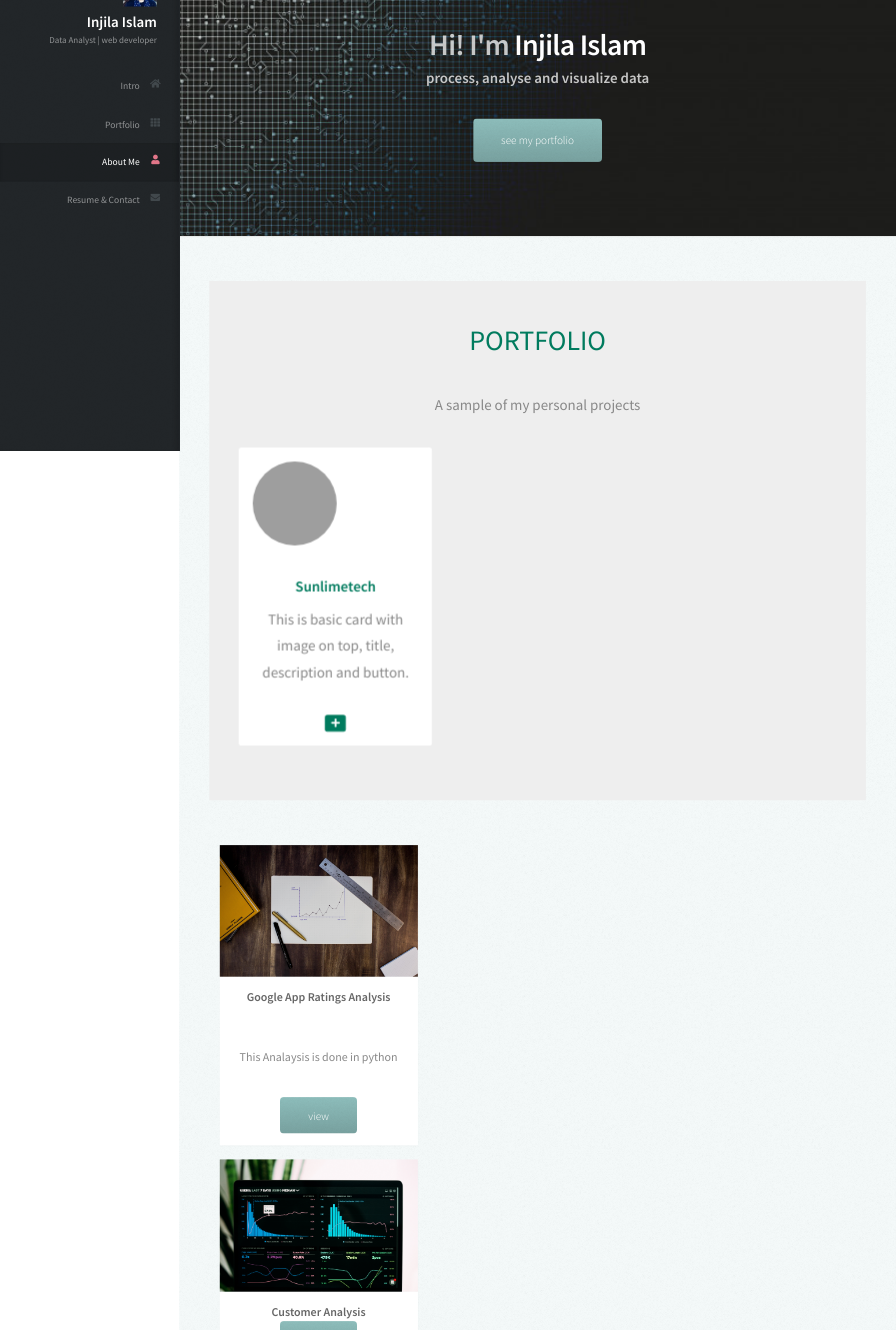
Repository: IslamInjila/new_portfolio
Page: index.html
These files come from the project's save history. The page is drawn as it stood at one moment and after the next save; the edit follows.
The browser window is 1280 px wide. The pictures show the part of the page from y = 75 to 1975 px (the page is 4684 px tall before and 4647 px after), at 70% of full size.
Pictures or frames that could not be fetched are drawn as grey boxes. A picture or video elsewhere on the page could not be fetched, so the positions and the page height are approximate. Some web libraries are served in a nearby version.

Above is the page before, as saved 2021-05-31 18:18:35.
Console error: TypeError: Cannot read properties of undefined (reading 'fn')

After the next save:
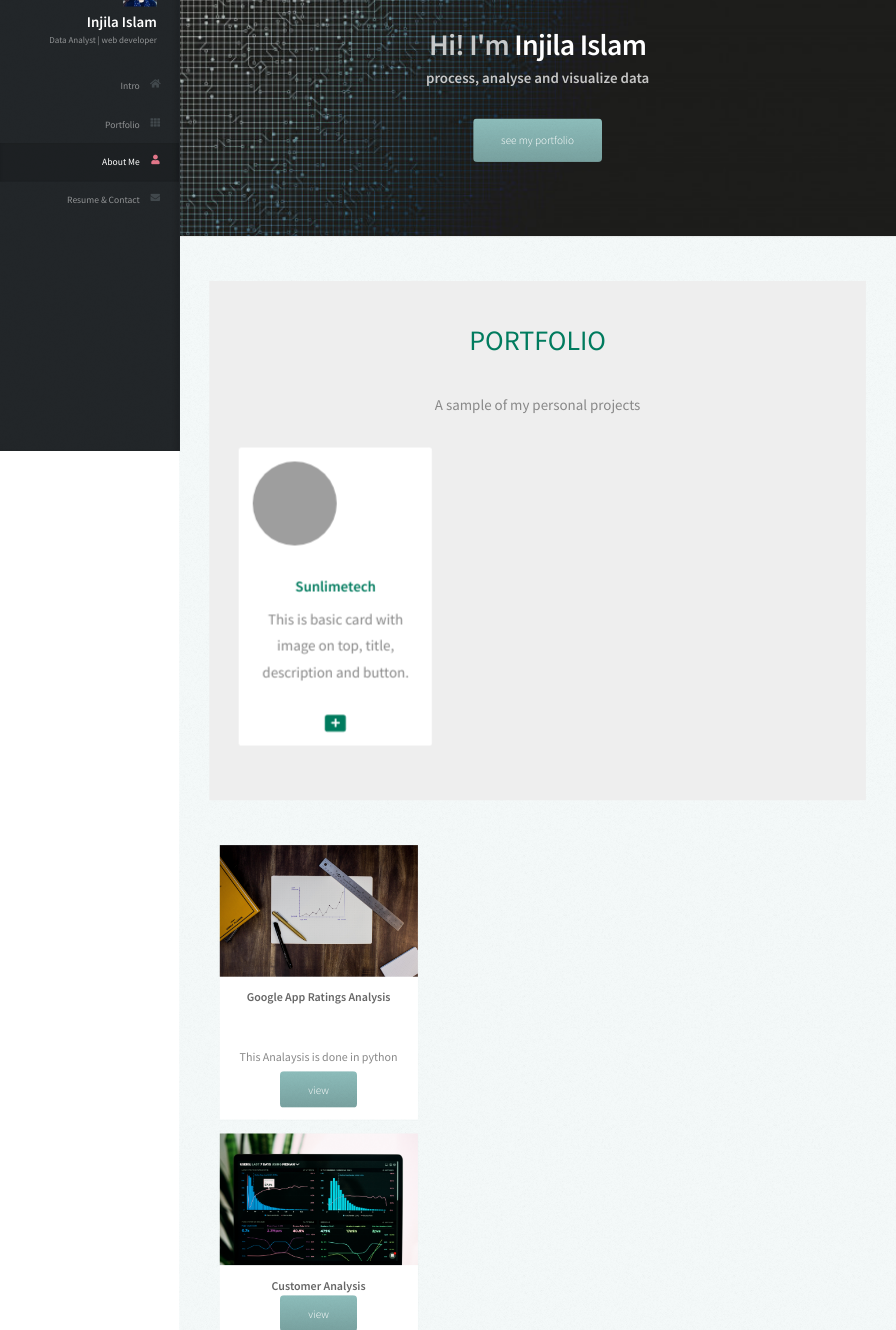
Saved 11 s later.
--- a/index.html
+++ b/index.html
@@ -166,7 +166,7 @@
 										<header>
 											<h5 style="color:pink"><b>Google App Ratings Analysis </b></h5>
 											<br>
-												<p>This Analaysis is done in python</p><br>
+												<p>This Analaysis is done in python</p>
 											<input type="button" class="nine" width="100" height="132" onclick='window.open("https://github.com/IslamInjila/GoogleAppRatingAnalysis");return false;'
 												target="_blank" value="view"
 												/>
